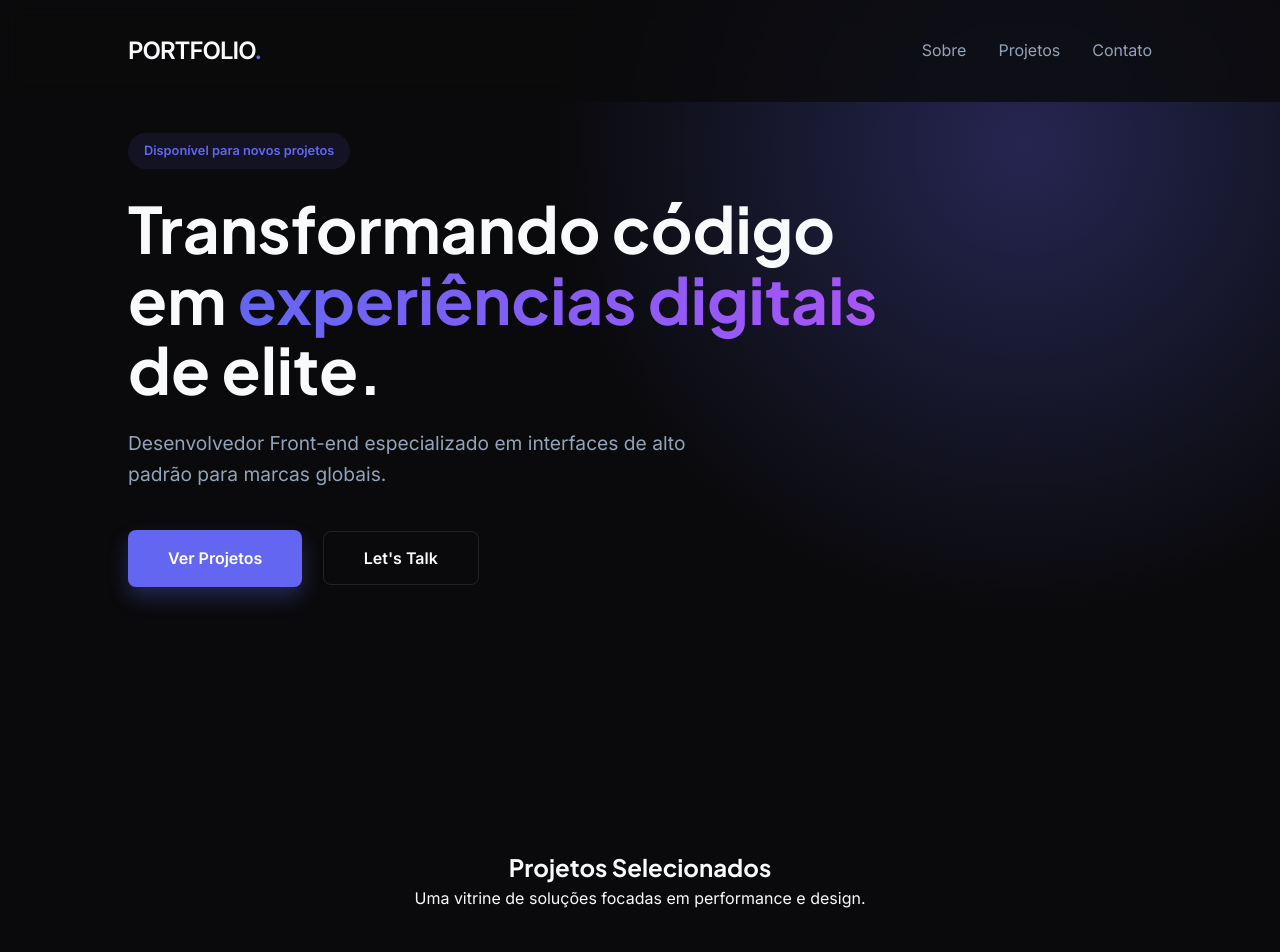
Repository: davidfsillva/David_Ferreira
Page: index.html
An editor plug-in stored every save of this project. The page is shown before and after the next save, followed by the edit.
The browser window is 1280 px wide. The pictures show the part of the page from y = 0 to 952 px (the page is 1608 px tall).

Above is the page before, as saved 2026-02-11 09:49:14.

### index.html
<!DOCTYPE html>
<html lang="pt-br">
<head>
    <meta charset="UTF-8">
    <meta name="viewport" content="width=device-width, initial-scale=1.0">
    <title>Dev Premium | Web Developer & UI Designer</title>
    <link rel="stylesheet" href="style.css">
    <link href="https://fonts.googleapis.com/css2?family=Inter:wght@300;400;600&family=Plus+Jakarta+Sans:wght@700;800&display=swap" rel="stylesheet">
</head>
<body>

    <nav class="navbar">
        <div class="logo">PORTFOLIO<span>.</span></div>
        <ul class="nav-links">
            <li><a href="#about">Sobre</a></li>
            <li><a href="#portfolio">Projetos</a></li>
            <li><a href="#contact" class="btn-sm">Contato</a></li>
        </ul>
    </nav>

    <section class="hero">
        <div class="hero-content">
            <span class="badge">Disponível para novos projetos</span>
            <h1>Transformando código em <span>experiências digitais</span> de elite.</h1>
            <p>Desenvolvedor Front-end especializado em interfaces de alto padrão para marcas globais.</p>
            <div class="hero-btns">
                <a href="#portfolio" class="btn-primary">Ver Projetos</a>
                <a href="#contact" class="btn-secondary">Let's Talk</a>
            </div>
        </div>
        <div class="hero-visual"></div>
    </section>

    <section id="portfolio" class="portfolio">
        <div class="section-header">
            <h2>Projetos Selecionados</h2>
            <p>Uma vitrine de soluções focadas em performance e design.</p>
        </div>

        <div class="portfolio-grid" id="portfolioGrid">
            <div class="project-card" onclick="openModal(0)">
                <div class="card-image" style="background: url('https://images.unsplash.com/photo-1460925895917-afdab827c52f?auto=format&fit=crop&q=80&w=800') center/cover;">
                    <div class="card-overlay">
                        <span>Ver Detalhes</span>
                    </div>
                </div>
                <div class="card-info">
                    <h3>Nexus Platform</h3>
                    <p>SaaS Landing Page</p>
                </div>
            </div>

            <div class="project-card" onclick="openModal(1)">
                <div class="card-image" style="background: url('https://images.unsplash.com/photo-1551288049-bbbda536339a?auto=format&fit=crop&q=80&w=800') center/cover;">
                    <div class="card-overlay">
                        <span>Ver Detalhes</span>
                    </div>
                </div>
                <div class="card-info">
                    <h3>Vogue E-commerce</h3>
                    <p>Premium Fashion Store</p>
                </div>
            </div>

            <div class="project-card" onclick="openModal(2)">
                <div class="card-image" style="background: url('https://images.unsplash.com/photo-1558655146-d09347e92766?auto=format&fit=crop&q=80&w=800') center/cover;">
                    <div class="card-overlay">
                        <span>Ver Detalhes</span>
                    </div>
                </div>
                <div class="card-info">
                    <h3>Crypto Dashboard</h3>
                    <p>Fintech Solution</p>
                </div>
            </div>
        </div>
    </section>

    <div class="modal-overlay" id="modalOverlay">
        <div class="modal-content">
            <button class="close-modal">&times;</button>
            <div class="modal-body">
                <div class="modal-img" id="modalImg"></div>
                <div class="modal-text">
                    <h2 id="modalTitle">Nome do Projeto</h2>
                    <p id="modalDesc">Descrição detalhada aqui...</p>
                    <div class="tech-tags" id="modalTech">
                        </div>
                    <div class="modal-actions">
                        <a href="#" class="btn-primary">Visitar Website</a>
                        <a href="https://wa.me/seunumeroaqui" class="btn-secondary">Solicitar Similar</a>
                    </div>
                </div>
            </div>
        </div>
    </div>

    <section id="contact" class="cta-section">
        <h2>Pronto para elevar seu nível digital?</h2>
        <p>Estou pronto para transformar sua ideia em uma interface de classe mundial.</p>
        <a href="https://wa.me/seunumeroaqui" class="btn-whatsapp">Iniciar Conversa no WhatsApp</a>
    </section>

    <footer>
        <div class="footer-content">
            <p>&copy; 2026 Developer Premium. All rights reserved.</p>
            <div class="social-links">
                <a href="#">Instagram</a>
                <a href="#">LinkedIn</a>
                <a href="#">GitHub</a>
            </div>
        </div>
    </footer>

    <script src="scripts.js"></script>
</body>
</html>

### style.css
:root {
    --bg-dark: #0a0a0c;
    --card-bg: #16161a;
    --accent: #6366f1;
    --accent-glow: rgba(99, 102, 241, 0.3);
    --text-main: #f8fafc;
    --text-dim: #94a3b8;
    --transition: all 0.4s cubic-bezier(0.23, 1, 0.32, 1);
}

* {
    margin: 0;
    padding: 0;
    box-sizing: border-box;
}

body {
    background-color: var(--bg-dark);
    color: var(--text-main);
    font-family: 'Inter', sans-serif;
    line-height: 1.6;
    overflow-x: hidden;
}

h1, h2, h3 {
    font-family: 'Plus Jakarta Sans', sans-serif;
}

/* --- Layout --- */
.navbar {
    display: flex;
    justify-content: space-between;
    align-items: center;
    padding: 2rem 10%;
    position: fixed;
    width: 100%;
    top: 0;
    z-index: 1000;
    background: rgba(10, 10, 12, 0.8);
    backdrop-filter: blur(10px);
}

.logo {
    font-size: 1.5rem;
    font-weight: 800;
    letter-spacing: -1px;
}

.logo span { color: var(--accent); }

.nav-links {
    display: flex;
    list-style: none;
    gap: 2rem;
    align-items: center;
}

.nav-links a {
    text-decoration: none;
    color: var(--text-dim);
    font-weight: 500;
    transition: var(--transition);
}

.nav-links a:hover { color: var(--text-main); }

/* --- Hero --- */
.hero {
    height: 100vh;
    display: flex;
    align-items: center;
    padding: 0 10%;
    position: relative;
    background: radial-gradient(circle at 80% 20%, var(--accent-glow) 0%, transparent 40%);
}

.hero-content { max-width: 800px; z-index: 2; }

.badge {
    background: rgba(99, 102, 241, 0.1);
    color: var(--accent);
    padding: 0.5rem 1rem;
    border-radius: 20px;
    font-size: 0.8rem;
    font-weight: 600;
    margin-bottom: 1.5rem;
    display: inline-block;
}

.hero h1 {
    font-size: clamp(2.5rem, 5vw, 4.5rem);
    line-height: 1.1;
    margin-bottom: 1.5rem;
}

.hero h1 span {
    background: linear-gradient(90deg, #6366f1, #a855f7);
    -webkit-background-clip: text;
    -webkit-text-fill-color: transparent;
}

.hero p {
    font-size: 1.2rem;
    color: var(--text-dim);
    margin-bottom: 2.5rem;
    max-width: 600px;
}

/* --- Buttons --- */
.btn-primary {
    background: var(--accent);
    color: white;
    padding: 1rem 2.5rem;
    border-radius: 8px;
    text-decoration: none;
    font-weight: 600;
    transition: var(--transition);
    display: inline-block;
    box-shadow: 0 10px 20px var(--accent-glow);
}

.btn-primary:hover { transform: translateY(-3px); box-shadow: 0 15px 30px var(--accent-glow); }

.btn-secondary {
    color: var(--text-main);
    padding: 1rem 2.5rem;
    text-decoration: none;
    font-weight: 600;
    margin-left: 1rem;
    border: 1px solid rgba(255,255,255,0.1);
    border-radius: 8px;
}

/* --- Portfolio Grid --- */
.portfolio { padding: 8rem 10%; }

.section-header { margin-bottom: 4rem; text-align: center; }

.portfolio-grid {
    display: grid;
    grid-template-columns: repeat(auto-fit, minmax(300px, 1fr));
    gap: 2.5rem;
}

.project-card {
    background: var(--card-bg);
    border-radius: 16px;
    overflow: hidden;
    cursor: pointer;
    border: 1px solid rgba(255,255,255,0.05);
    transition: var(--transition);
}

.project-card:hover { transform: translateY(-10px); border-color: var(--accent); }

.card-image {
    height: 250px;
    position: relative;
}

.card-overlay {
    position: absolute;
    inset: 0;
    background: rgba(99, 102, 241, 0.8);
    display: flex;
    justify-content: center;
    align-items: center;
    opacity: 0;
    transition: var(--transition);
}

.project-card:hover .card-overlay { opacity: 1; }

.card-info { padding: 1.5rem; }

.card-info h3 { font-size: 1.25rem; margin-bottom: 0.5rem; }

.card-info p { color: var(--text-dim); font-size: 0.9rem; }

/* --- Modal --- */
.modal-overlay {
    position: fixed;
    inset: 0;
    background: rgba(0,0,0,0.9);
    display: none;
    justify-content: center;
    align-items: center;
    z-index: 2000;
    padding: 2rem;
    backdrop-filter: blur(10px);
}

.modal-content {
    background: var(--card-bg);
    max-width: 1000px;
    width: 100%;
    border-radius: 24px;
    position: relative;
    overflow: hidden;
    animation: modalFade 0.4s ease;
}

@keyframes modalFade {
    from { opacity: 0; transform: scale(0.9); }
    to { opacity: 1; transform: scale(1); }
}

.modal-body {
    display: grid;
    grid-template-columns: 1fr 1fr;
}

.modal-img { min-height: 400px; background-size: cover !important; }

.modal-text { padding: 3rem; }

.close-modal {
    position: absolute;
    top: 20px;
    right: 20px;
    background: none;
    border: none;
    color: white;
    font-size: 2rem;
    cursor: pointer;
}

/* --- Responsive --- */
@media (max-width: 768px) {
    .modal-body { grid-template-columns: 1fr; }
    .hero { text-align: center; }
    .hero-btns { display: flex; flex-direction: column; gap: 1rem; }
    .btn-secondary { margin-left: 0; }
    .nav-links { display: none; }
}

### scripts.js
// Dados dos projetos (Simulando um CMS)
const projects = [
    {
        title: "Nexus Platform",
        desc: "Uma plataforma SaaS focada em análise de dados em tempo real. Desenvolvida com foco em performance extrema e acessibilidade.",
        tech: ["HTML5", "CSS Grid", "JavaScript ES6", "Chart.js"],
        img: "https://images.unsplash.com/photo-1460925895917-afdab827c52f?auto=format&fit=crop&q=80&w=800"
    },
    {
        title: "Vogue E-commerce",
        desc: "Interface de luxo para varejo de moda. Experiência de compra fluida com micro-interações e carregamento inteligente de imagens.",
        tech: ["UI Design", "Clean Code", "Animations", "E-commerce"],
        img: "https://images.unsplash.com/photo-1551288049-bbbda536339a?auto=format&fit=crop&q=80&w=800"
    },
    {
        title: "Crypto Dashboard",
        desc: "Painel financeiro para gestão de ativos digitais. Interface escura otimizada para longas sessões de uso (Eye-care).",
        tech: ["JavaScript", "Real-time API", "Figma", "SASS"],
        img: "https://images.unsplash.com/photo-1558655146-d09347e92766?auto=format&fit=crop&q=80&w=800"
    }
];

// Seletores
const modalOverlay = document.getElementById('modalOverlay');
const closeModal = document.querySelector('.close-modal');

// Abrir Modal
function openModal(index) {
    const project = projects[index];

    document.getElementById('modalTitle').innerText = project.title;
    document.getElementById('modalDesc').innerText = project.desc;
    document.getElementById('modalImg').style.background = `url('${project.img}') center/cover`;

    const techContainer = document.getElementById('modalTech');
    techContainer.innerHTML = ''; // Limpa as tags anteriores

    project.tech.forEach(t => {
        const tag = document.createElement('span');
        tag.className = 'badge';
        tag.innerText = t;
        techContainer.appendChild(tag);
    });

    modalOverlay.style.display = 'flex';
    document.body.style.overflow = 'hidden'; // Trava o scroll
}

// Fechar Modal
closeModal.addEventListener('click', () => {
    modalOverlay.style.display = 'none';
    document.body.style.overflow = 'auto';
});

// Fechar ao clicar fora do conteúdo
window.onclick = (event) => {
    if (event.target == modalOverlay) {
        modalOverlay.style.display = 'none';
        document.body.style.overflow = 'auto';
    }
};

// Scroll Reveal Suave
const observerOptions = { threshold: 0.1 };
const observer = new IntersectionObserver((entries) => {
    entries.forEach(entry => {
        if (entry.isIntersecting) {
            entry.target.style.opacity = '1';
            entry.target.style.transform = 'translateY(0)';
        }
    });
}, observerOptions);

document.querySelectorAll('.project-card, .section-header').forEach(el => {
    el.style.opacity = '0';
    el.style.transform = 'translateY(30px)';
    el.style.transition = 'all 0.8s ease-out';
    observer.observe(el);
});

After the next save:
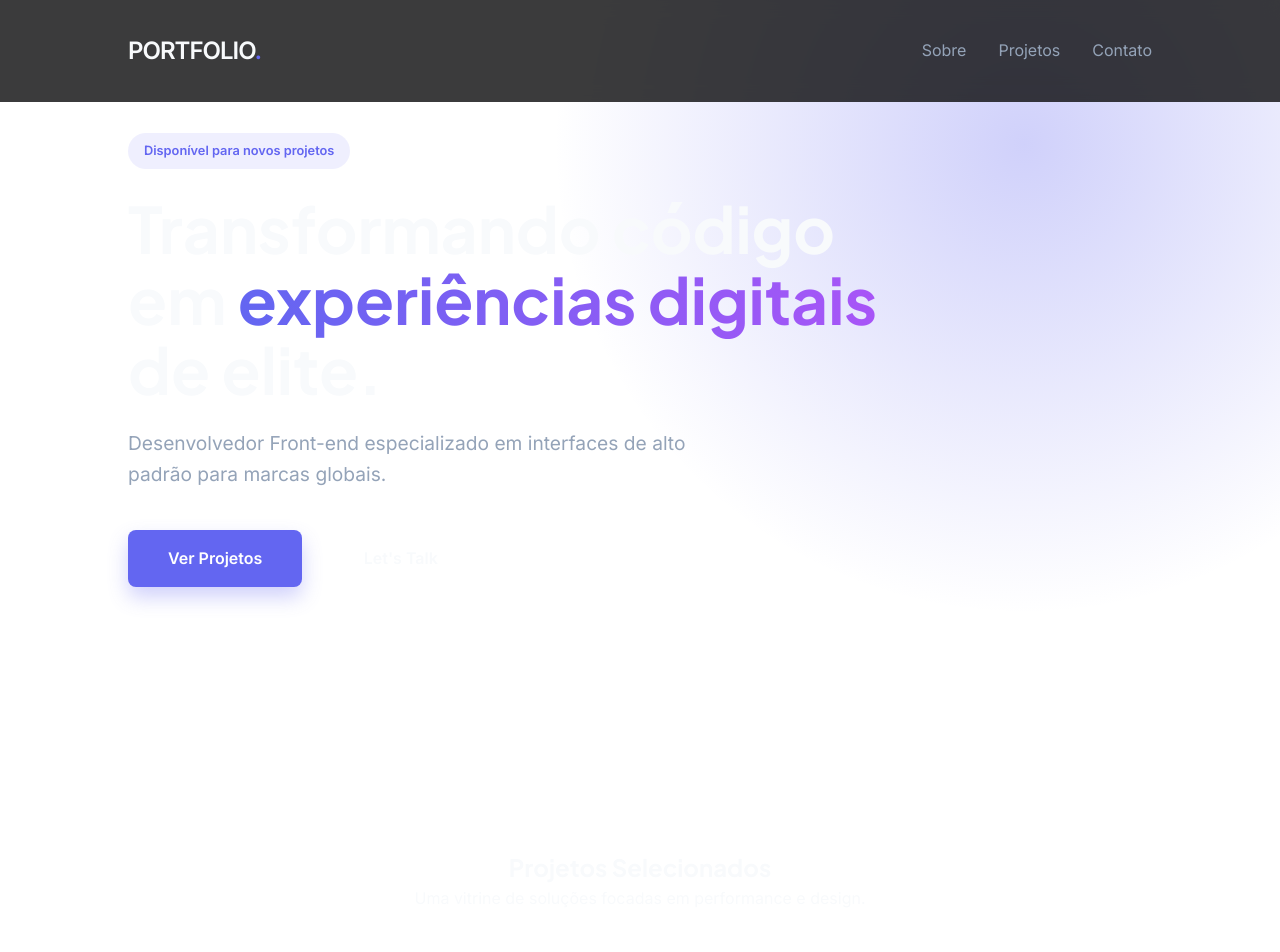
Saved 54 s later.
--- a/style.css
+++ b/style.css
@@ -1,5 +1,5 @@
 :root {
-    --bg-dark: #0a0a0c;
+    --bg-dark: #ffffff;
     --card-bg: #16161a;
     --accent: #6366f1;
     --accent-glow: rgba(99, 102, 241, 0.3);

After the save that followed:
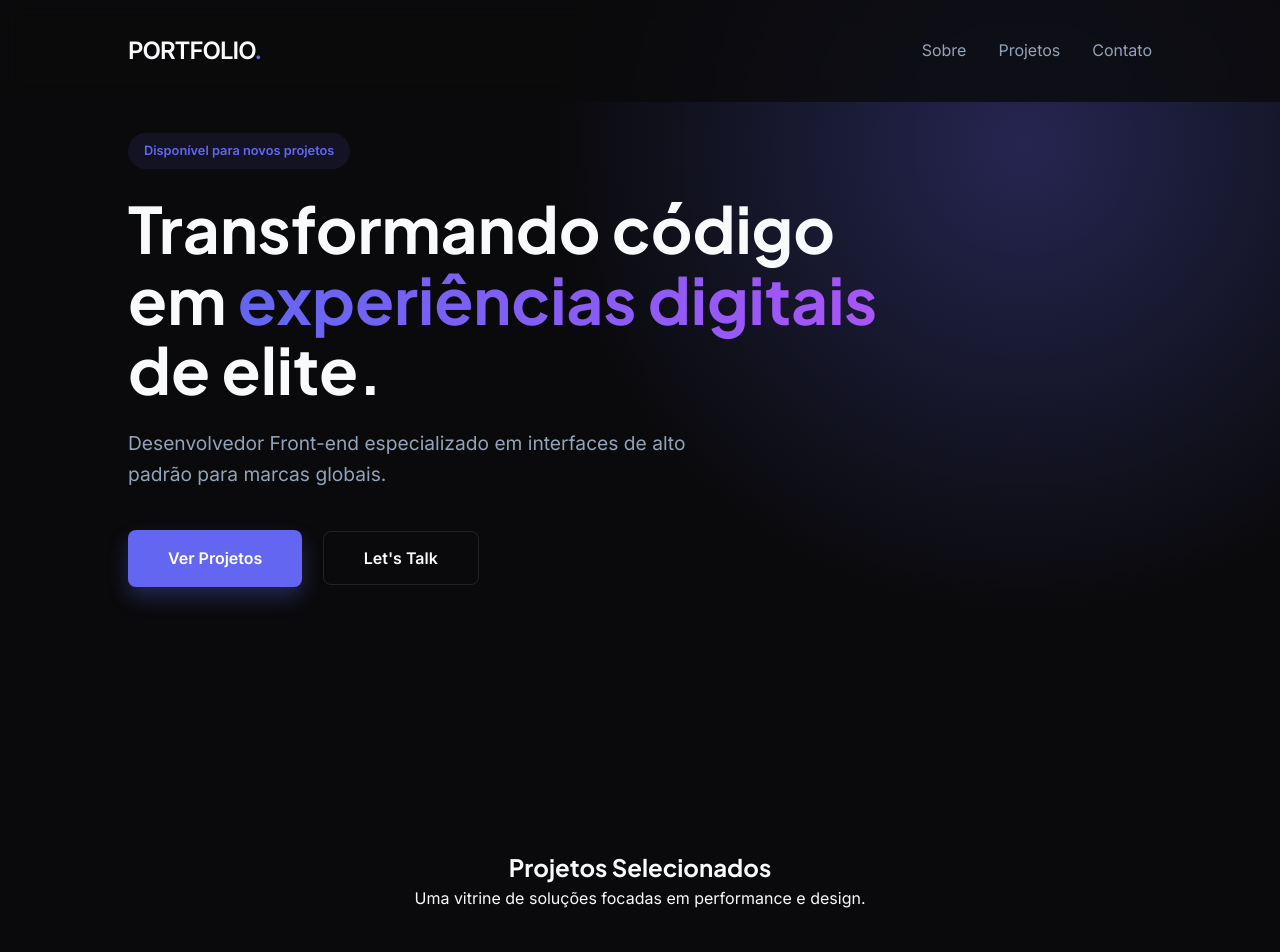
Saved 9 s later.
--- a/style.css
+++ b/style.css
@@ -1,5 +1,5 @@
 :root {
-    --bg-dark: #ffffff;
+    --bg-dark: #0a0a0c;
     --card-bg: #16161a;
     --accent: #6366f1;
     --accent-glow: rgba(99, 102, 241, 0.3);
